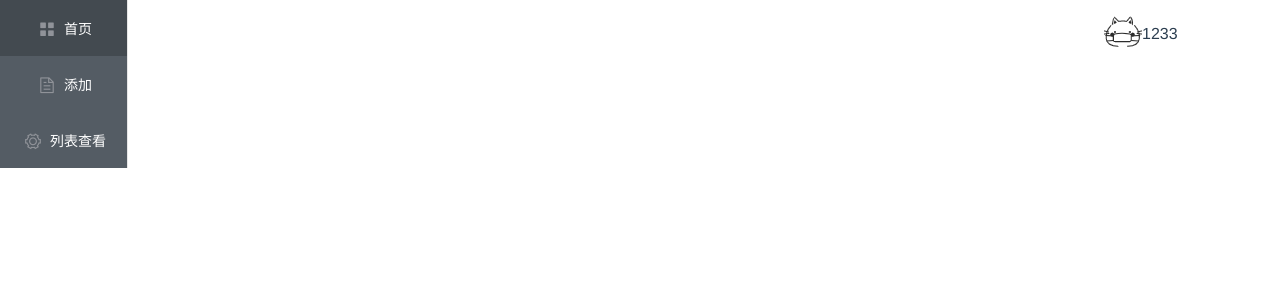
Repository: faintout/backMng
Page: / (app in backmng/)
An editor plug-in stored every save of this project. The page is shown before and after the next save, followed by the edit.
The browser window is 1280 px wide. The pictures show the whole page.
The project was rebuilt for these pictures with package versions that can differ from the ones it lists, and the page was loaded fresh each time. Also part of the build but not shown: backmng/vue.config.js.

Above is the page before, as saved 2020-12-30 15:27:52.

### backmng/src/main.js
import Vue from 'vue'
import App from './App.vue'
import router from './router'
import store from './store'
import ElementUI from 'element-ui'
import 'element-ui/lib/theme-chalk/index.css'
import './assets/index.css'

Vue.use(ElementUI)
Vue.config.productionTip = false

new Vue({
  router,
  store,
  render: h => h(App)
}).$mount('#app')

### backmng/src/router/index.js
import Vue from 'vue'
import VueRouter from 'vue-router'
import Layout from '../views/layout.vue'

Vue.use(VueRouter)

const routes = [
    {
        path: '/',
        name: 'Layout',
        component: Layout,
        children: [
            {
                path: '/_index',
                name: 'index',
                component: Layout,
            }
        ]
    },
]

const router = new VueRouter({
    routes
})

export default router

### backmng/src/assets/index.css
* {
    /* width: 100%;
    height: 100%; */
    padding: 0;
    margin: 0;
}

### backmng/src/views/layout.vue
<template>
    <div>
        <div class="menu_list" style="width:20%;float:left">
            <!-- <header-top></header-top> -->
            <el-row class="tac">
                <el-col :span="12">
                    <el-menu default-active="1" router class="el-menu-vertical-demo" @open="handleOpen" @close="handleClose" background-color="#545c64" text-color="#fff" active-text-color="#ffd04b" :collapse="isCollapse">
                        <el-menu-item index="/_index">
                            <i class="el-icon-menu"></i>
                            <span slot="title">首页</span>
                        </el-menu-item>
                        <el-menu-item index="/list" >
                            <i class="el-icon-document"></i>
                            <span slot="title">添加</span>
                        </el-menu-item>
                        <el-menu-item index="3">
                            <i class="el-icon-setting"></i>
                            <span slot="title">列表查看</span>
                        </el-menu-item>
                    </el-menu>
                </el-col>
            </el-row>
        </div>
        <div style="width:80%;float:left">
            <header-top></header-top>
            <div class="content">
                <router-view></router-view>
            </div>
        </div>


    </div>
</template>

<script>
import headerTop from './headerTop'
    export default {
        components: {
            headerTop
        },
        data() {
            return {
                isCollapse:false
            }
        },
        watch: {},
        computed: {},
        methods: {
            handleOpen(key, keyPath) {
                console.log(key, keyPath);
            },
            handleClose(key, keyPath) {
                console.log(key, keyPath);
            }
        },
        mounted() {},
        created() {},
    }
</script>
<style lang="less" scoped>
</style>

### backmng/src/views/headerTop.vue
<template>
    <div>
        <div class="header">
            <div class="user_info">
                <div class="user_pic">
                    <img src="../assets/images/user_pic.png" alt="">
                </div>
                <div class="user_name">1233</div>
            </div>
        </div>
    </div>
</template>

<script>
    export default {
        components: {},
        data() {
            return {}
        },
        watch: {},
        computed: {},
        methods: {},
        mounted() {},
        created() {},
    }
</script>
<style lang="less" scoped>
    .header {
        // display: flex;
        justify-content: space-between;
        height: 64px;
        width: 100%;
        vertical-align: middle;
        display: inline-block;
        // img{
        //     float: left;
        // }
    }

    .user_info div {
        display: inline-block;
        margin-top: 16px;
    }

    .user_info {
        text-align: center;
        margin-right: 10%;
        vertical-align: middle;
        float: right;
    }

    .user_name {
        vertical-align: middle;
        display: inline-block;
    }

    .user_pic {
        vertical-align: middle;
    }
</style>

Loaded but not shown: backmng/public/index.html (common file); backmng/src/App.vue (common file); backmng/src/store/index.js (common file)

After the next save:
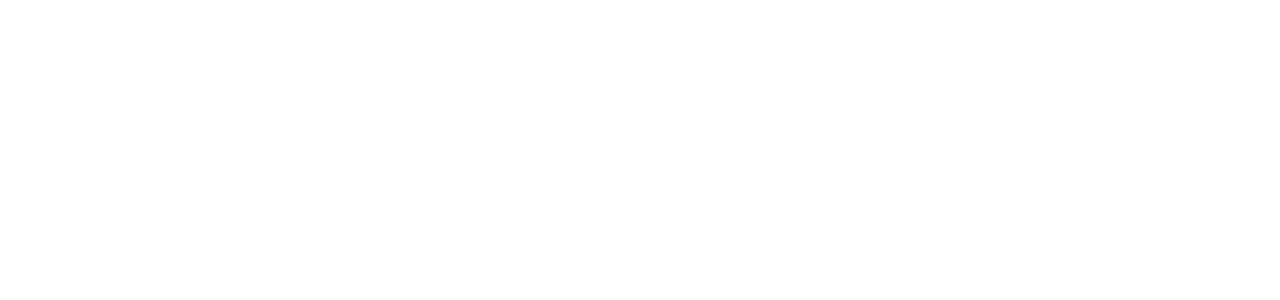
Console error (its wording comes from the project's code and is left out).
Saved 6 s later.
--- a/backmng/src/router/index.js
+++ b/backmng/src/router/index.js
@@ -14,6 +14,9 @@
                 path: '/_index',
                 name: 'index',
                 component: Layout,
+            },
+            {
+
             }
         ]
     },

After the save that followed:
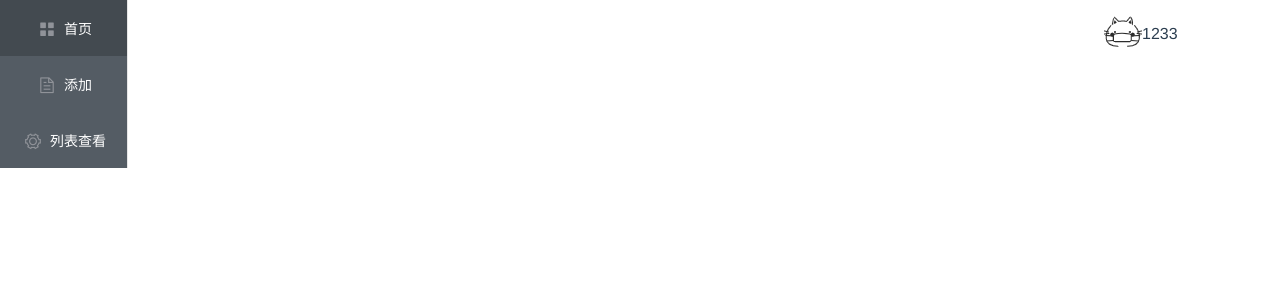
The error is gone.
Saved 7 s later.
--- a/backmng/src/router/index.js
+++ b/backmng/src/router/index.js
@@ -16,8 +16,15 @@
                 component: Layout,
             },
             {
-
-            }
+                path: '/_index',
+                name: 'index',
+                component: Layout,
+            },
+            {
+                path: '/_index',
+                name: 'index',
+                component: Layout,
+            },
         ]
     },
 ]
